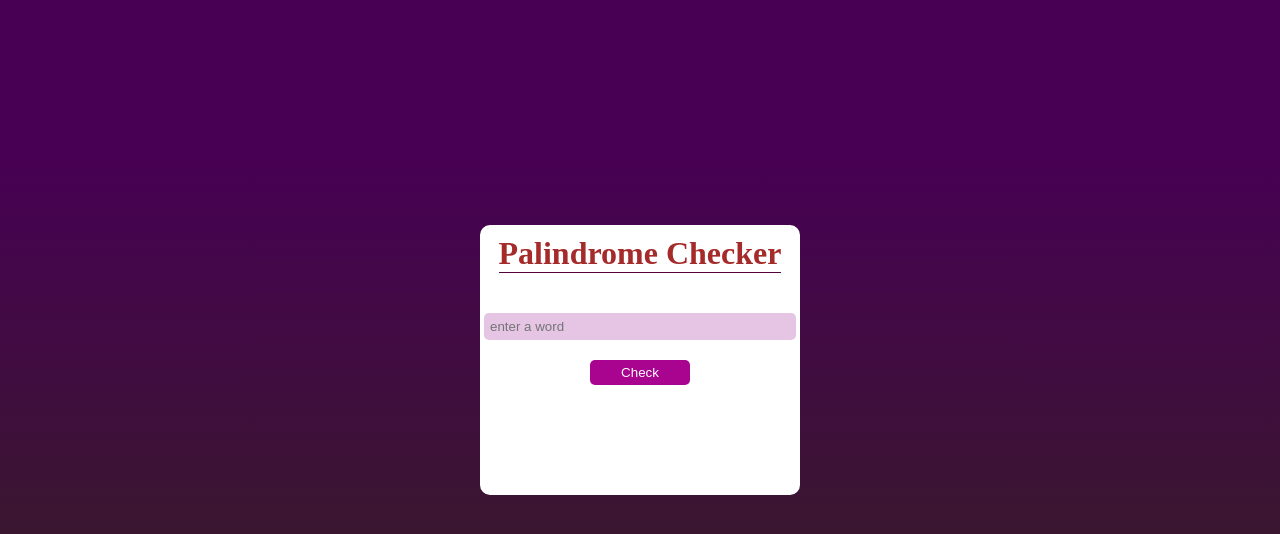
Repository: albinsabu2023/palindromeChecker
Page: index.html
The author's editor kept a copy of each file at every save. The page is drawn from the files as they stood at one save, then again after the next save.
The browser window is 1280 px wide. The pictures show the whole page.

Above is the page before, as saved 2023-09-12 01:34:30.

After the next save:
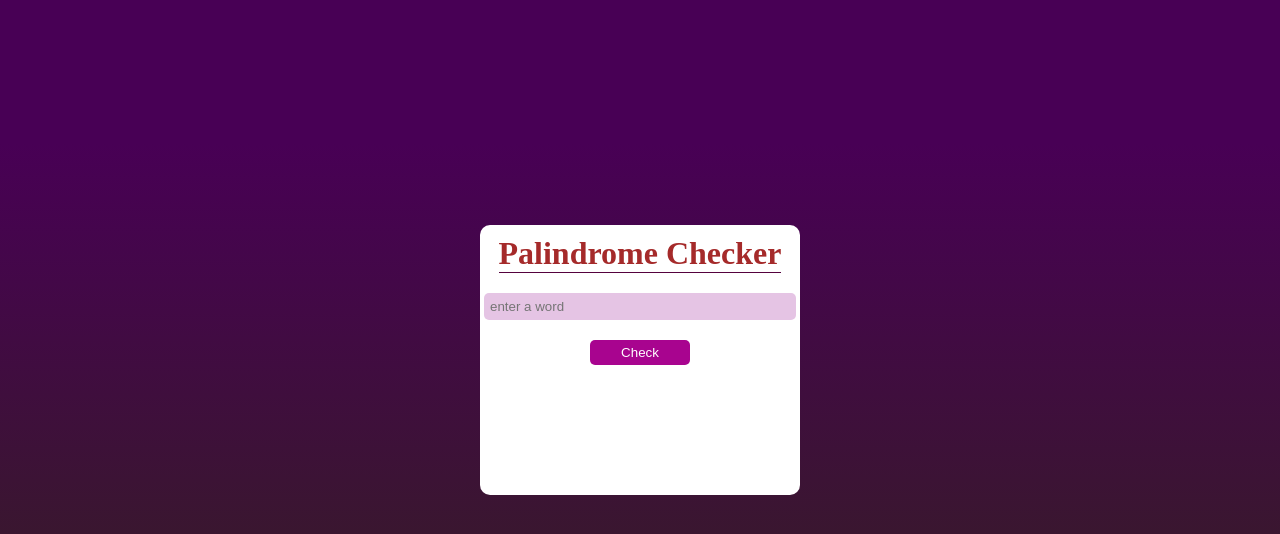
Saved 12 s later.
--- a/index.html
+++ b/index.html
@@ -9,7 +9,7 @@
 <body>
     <div class="container">
         <h1>Palindrome Checker</h1>
-        <span> </span>
+
         <input type="text" id="inputText" placeholder="enter a word">
         <button id="checkButton">Check</button>
         <div id="result">
